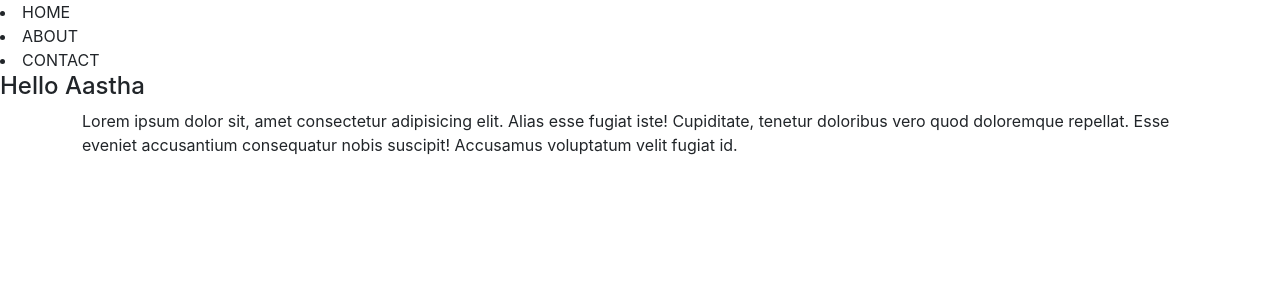
Repository: Aastha1035/React.navbar
Page: /
An editor plug-in stored every save of this project. The page is shown before and after the next save, followed by the edit.
The browser window is 1280 px wide. The pictures show the whole page.
The project was rebuilt for these pictures with package versions that can differ from the ones it lists, and the page was loaded fresh each time. Also part of the build but not shown: src/App.css.

Above is the page before, as saved 2024-07-04 09:58:42.

After the next save:
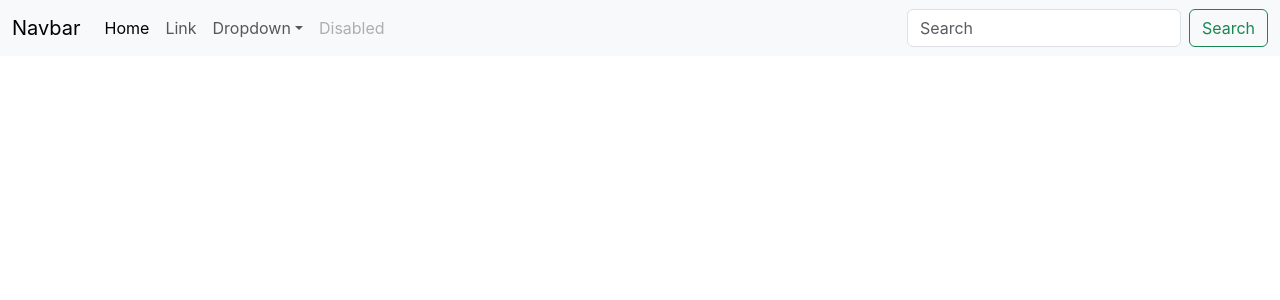
Saved 3 min 0 s later.
--- a/src/App.js
+++ b/src/App.js
@@ -4,20 +4,44 @@
 let name="Aastha";
 function App() {
   return (
-    <nav>
-      <li>HOME</li>
-      <li>ABOUT</li>
-      <li>CONTACT</li>
-      <h4>Hello {name}</h4>
-    <div className="container">Lorem ipsum dolor sit, amet consectetur
-      adipisicing elit. Alias esse fugiat iste! Cupiditate,
-       tenetur doloribus vero quod doloremque repellat.
-       Esse eveniet accusantium consequatur nobis suscipit!
-       Accusamus voluptatum velit fugiat
-        id.
+    <>
+    <nav class="navbar navbar-expand-lg bg-body-tertiary">
+    <div class="container-fluid">
+      <a class="navbar-brand" href="#">Navbar</a>
+      <button class="navbar-toggler" type="button" data-bs-toggle="collapse" data-bs-target="#navbarSupportedContent" aria-controls="navbarSupportedContent" aria-expanded="false" aria-label="Toggle navigation">
+        <span class="navbar-toggler-icon"></span>
+      </button>
+      <div class="collapse navbar-collapse" id="navbarSupportedContent">
+        <ul class="navbar-nav me-auto mb-2 mb-lg-0">
+          <li class="nav-item">
+            <a class="nav-link active" aria-current="page" href="#">Home</a>
+          </li>
+          <li class="nav-item">
+            <a class="nav-link" href="#">Link</a>
+          </li>
+          <li class="nav-item dropdown">
+            <a class="nav-link dropdown-toggle" href="#" role="button" data-bs-toggle="dropdown" aria-expanded="false">
+              Dropdown
+            </a>
+            <ul class="dropdown-menu">
+              <li><a class="dropdown-item" href="#">Action</a></li>
+              <li><a class="dropdown-item" href="#">Another action</a></li>
+              <li><hr class="dropdown-divider"/></li>
+              <li><a class="dropdown-item" href="#">Something else here</a></li>
+            </ul>
+          </li>
+          <li class="nav-item">
+            <a class="nav-link disabled" aria-disabled="true">Disabled</a>
+          </li>
+        </ul>
+        <form class="d-flex" role="search">
+          <input class="form-control me-2" type="search" placeholder="Search" aria-label="Search"/>
+          <button class="btn btn-outline-success" type="submit">Search</button>
+        </form>
+      </div>
     </div>
-    </nav>
-
+  </nav>
+  </>
   );
 }
 
